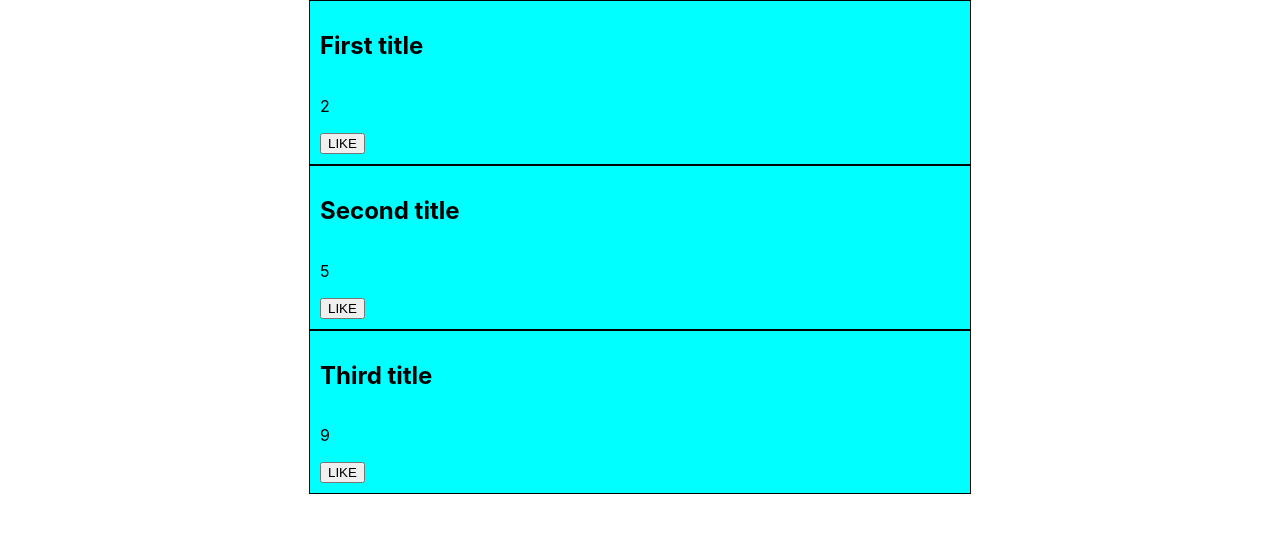
Repository: asapvtec98/egzamin
Page: /
An editor plug-in stored every save of this project. The page is shown before and after the next save, followed by the edit.
The browser window is 1280 px wide. The pictures show the whole page.
The project was rebuilt for these pictures with package versions that can differ from the ones it lists, and the page was loaded fresh each time.

Above is the page before, as saved 2023-11-14 12:28:29.

### src/App.js
import React from "react";
import Komentarz from "./components/Comment";
function App() {
  const comments = [
    {
      title: "First title",
      likes: 2
    },
    {
      title: "Second title",
      likes: 5
    },
    {
      title: "Third title",
      likes: 9
    }
  ]

  const displayComments = comments.map((comment) =>
      <div className="Comment">
        <Komentarz title={comment.title} likes={comment.likes}></Komentarz>
      </div>
  )

  return (
      <div className="App">
        {displayComments}
      </div>
  )
}

export default App;

### src/components/Comment.js
import React, { useState } from "react";
import "./Comment.css";

function Komentarz(props) {
    const [likes, setLike] = useState(false);
    const [count, setCount] = useState(parseInt(props.likes));
    const [show, setShow] = useState(true);

    const handleLikes = () => {
        if(!likes) {
            setLike(true);
            setCount(count + 1);
        } else {
            setLike(false);
            setCount(count - 1);
        }


    };

    return(
        <div className="comment">
            <h2>{props.title}</h2>
            <div>
                <div className="inline">
                    <p>{count}</p>
                </div>
                <div></div>
                <div className="inline">
                    <button type="button" onClick={() => {
                        setShow(!show)
                        handleLikes();
                    }}>{show === true ? 'LIKE' : 'DISLIKE'}</button>
                </div>
            </div>
        </div>
    )

}
export default Komentarz;

### src/components/Comment.css
.comment {
    border: 1px solid black;
    background-color:aqua;
    margin: auto;
    width: 50%;
    padding: 10px;

}


.inline {
    display: inline-block;
}

Loaded but not shown: public/index.html (common file); src/index.js (common file); src/index.css (common file); src/reportWebVitals.js (common file)

After the next save:
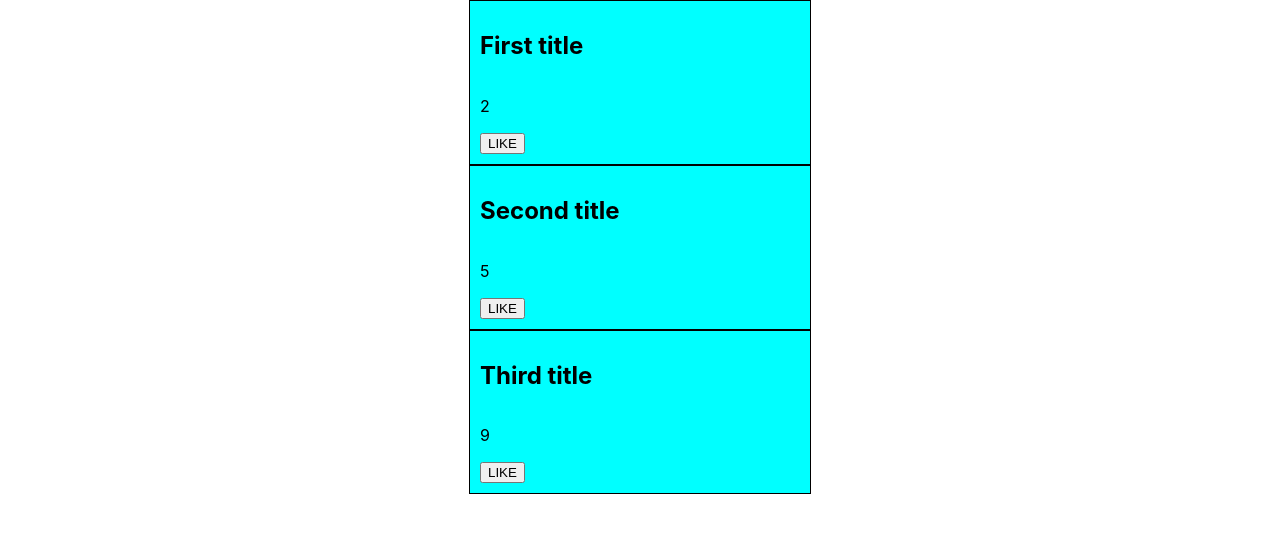
Saved 9 s later.
--- a/src/components/Comment.css
+++ b/src/components/Comment.css
@@ -2,7 +2,7 @@
     border: 1px solid black;
     background-color:aqua;
     margin: auto;
-    width: 50%;
+    width: 25%;
     padding: 10px;
 
 }
